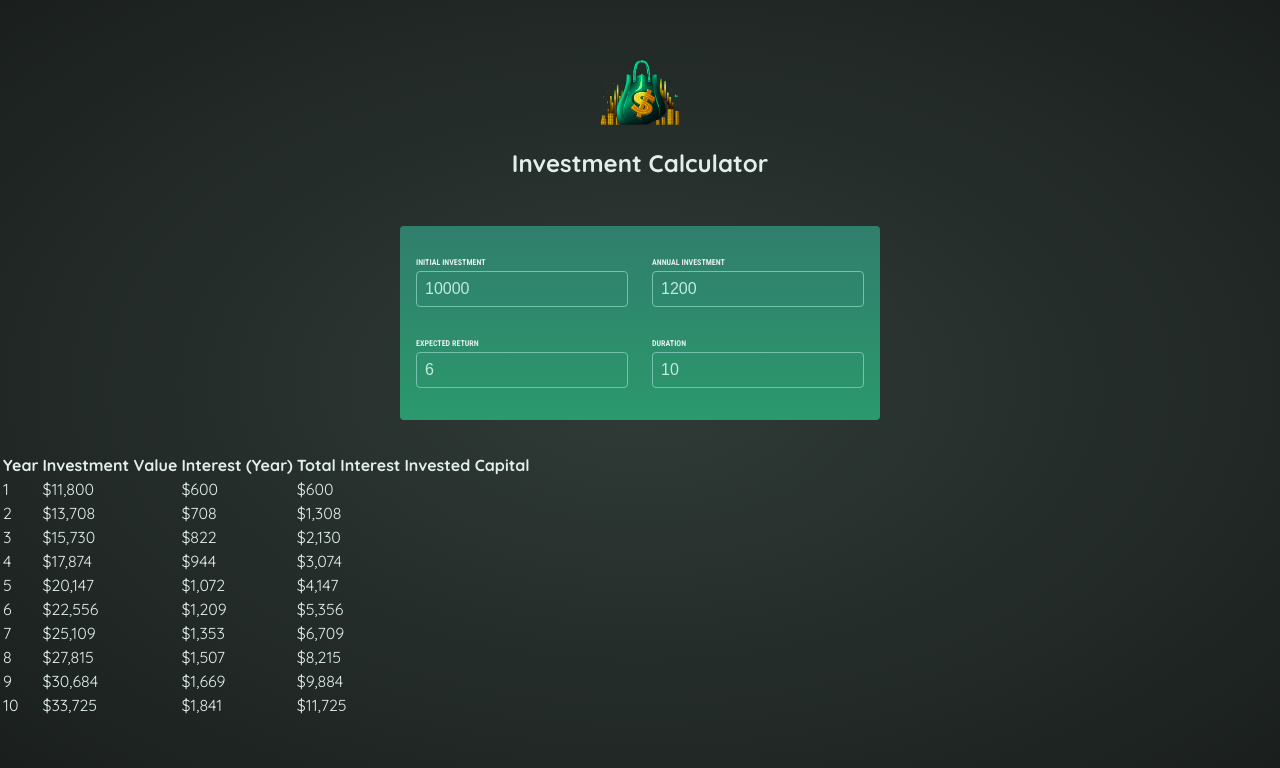
Repository: ooluchi/prac-investment-calculator
Page: /
An editor plug-in stored every save of this project. The page is shown before and after a run of saves, followed by the edit.
The browser window is 1280 px wide. The pictures show the whole page.
The project was rebuilt for these pictures with package versions that can differ from the ones it lists, and the page was loaded fresh each time. Also part of the build but not shown: vite.config.js.

Above is the page before, as saved 2024-11-13 15:17:51.

After the next 6 saves:
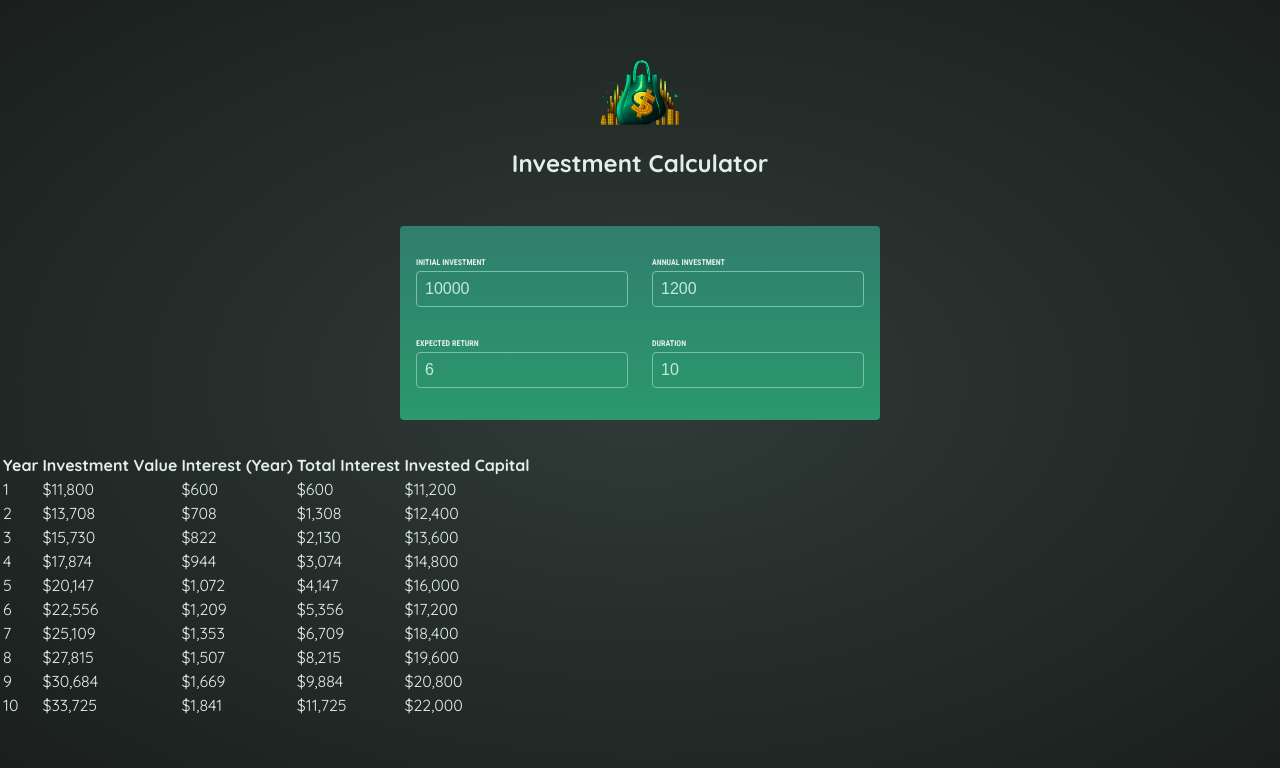
The 6 saves are shown as one change because 1 did not build or start and some came seconds apart.
The last was saved 25 s later.
--- a/src/components/Results.jsx
+++ b/src/components/Results.jsx
@@ -28,7 +28,7 @@ export default function Results ({ input }) {
                             <td>{formatter.format(yearData.valueEndOfYear)}</td>
                             <td>{formatter.format(yearData.interest)}</td>
                             <td>{formatter.format(totalInterest)}</td>
-                            <td></td>
+                            <td>{formatter.format(totalAmountInvested)}</td>
                         </tr>
                     )
                 }
